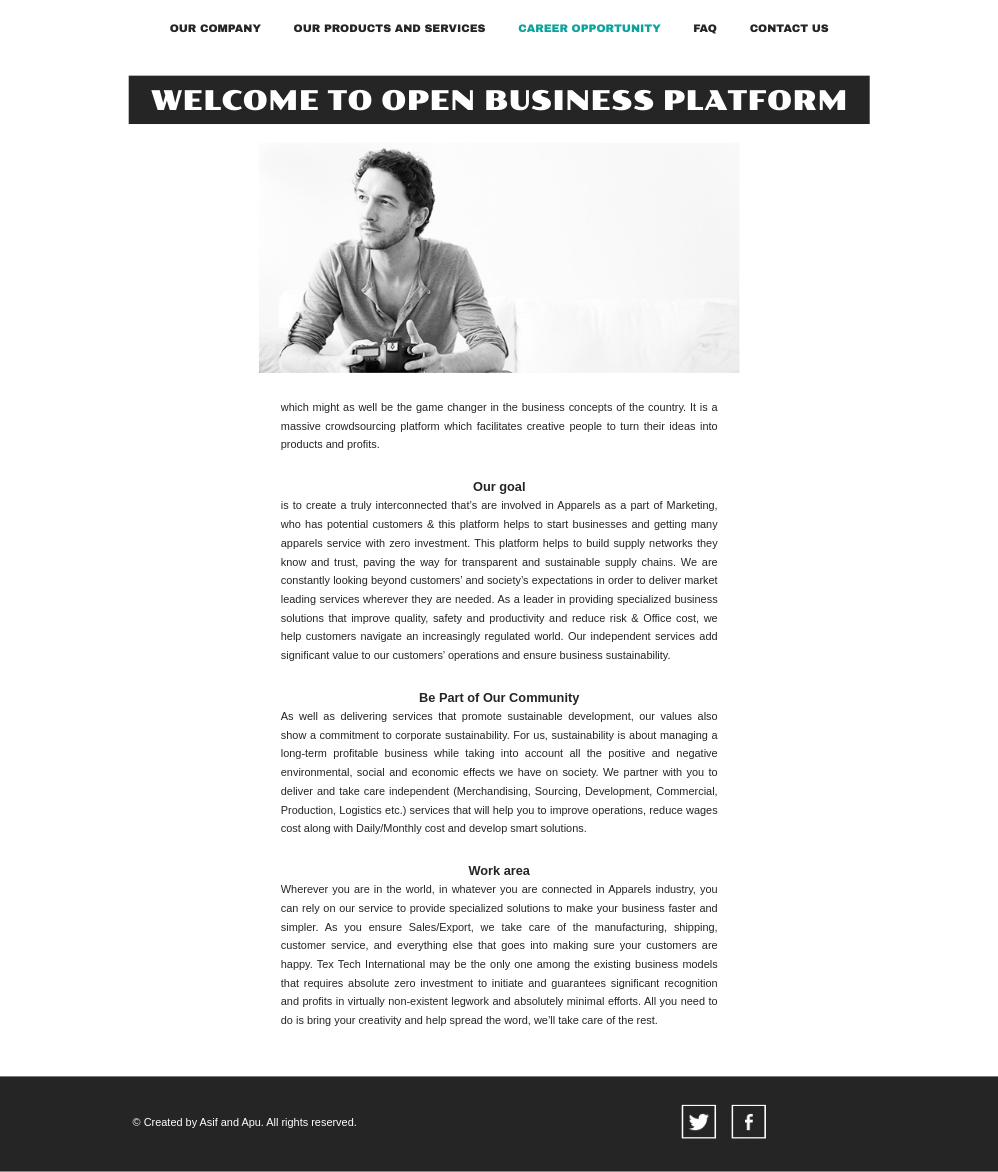
Repository: asifdotpy/textechint
Page: about.html
An editor plug-in stored every save of this project. The page is shown before and after a run of saves, followed by the edit.
The browser window is 1280 px wide. The pictures show the whole page, at 78% of full size.

Above is the page before, as saved 2021-02-24 00:46:28.

After the next 2 saves:
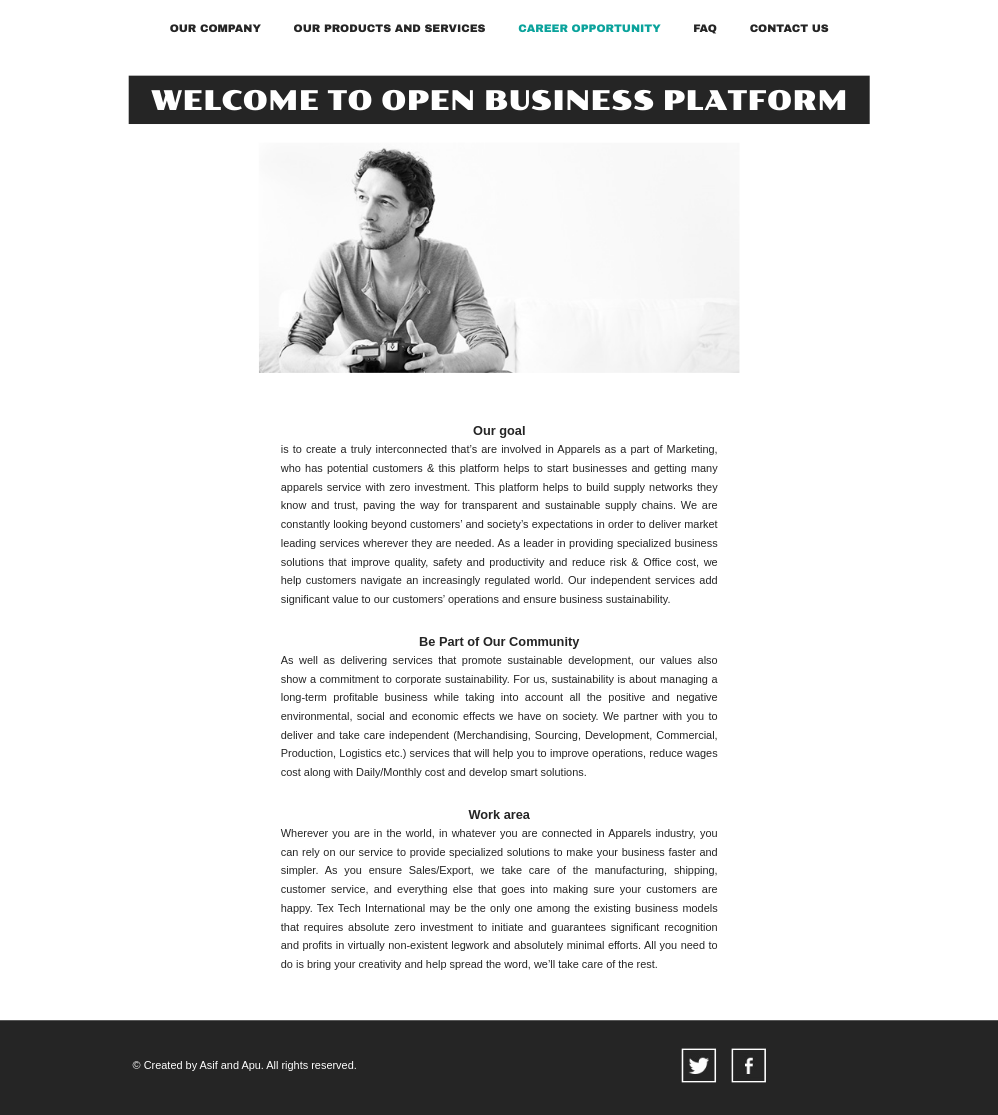
The 2 saves are shown as one change because they came seconds apart.
The last was saved 11 s later.
--- a/about.html
+++ b/about.html
@@ -36,7 +36,7 @@
 			<div class="article">
 				<!--<h3>Tex Tech International is the first and largest open business platform in Bangladesh</h3>-->
 				<p>
-					which might as well be the game changer in the business concepts of the country. It is a massive crowdsourcing platform which facilitates creative people to turn their ideas into products and profits.
+
 
 				</p>
 				<h3>Our goal </h3>
